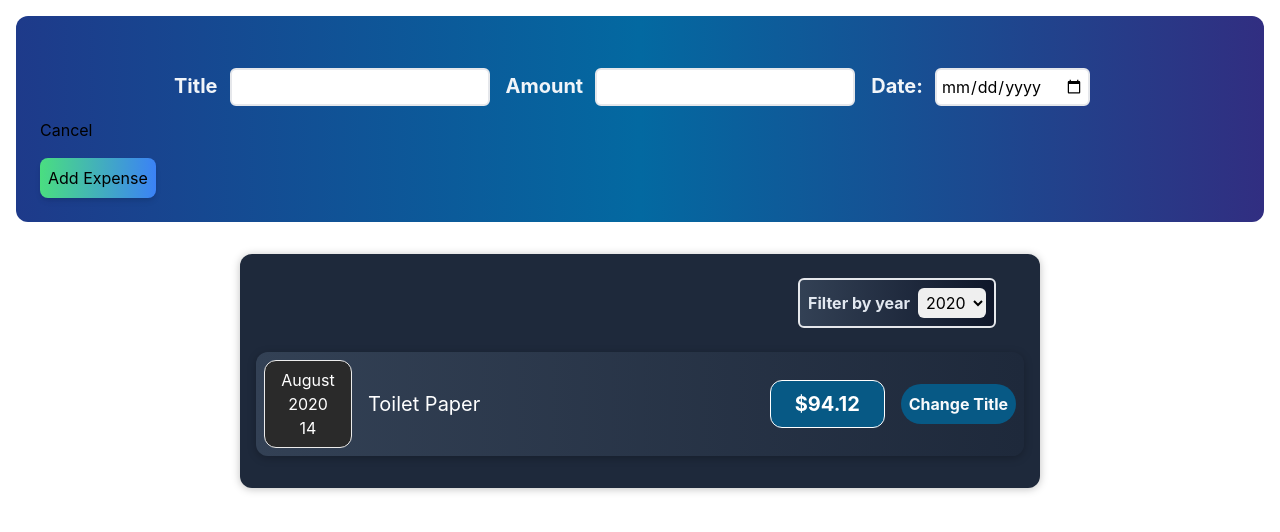
Repository: Sef24/expense-tracker
Page: /, after clicking the first element matching `button`
The author's editor kept a copy of each file at every save. The page is drawn from the files as they stood at one save, then again after the next save.
The browser window is 1280 px wide. The pictures show the whole page.
The project was rebuilt for these pictures with package versions that can differ from the ones it lists, and the page was loaded fresh each time. Also part of the build but not shown: src/components/NewExpense/NewExpense.css, src/components/NewExpense/ExpenseForm.css.

Above is the page before, as saved 2022-05-03 16:27:25.

After the next save:
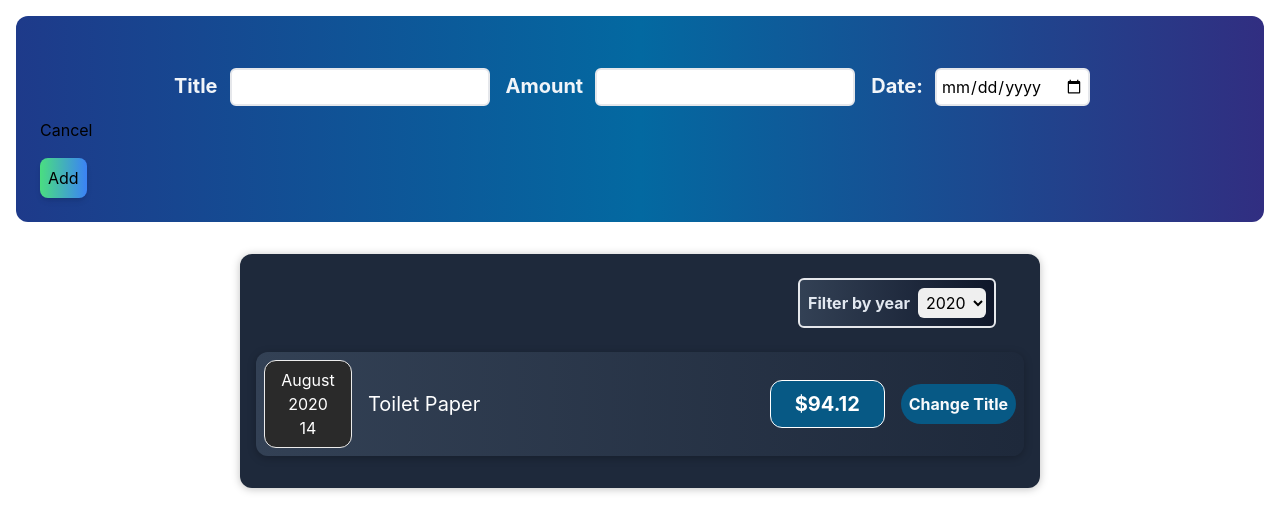
Saved 43 s later.
--- a/src/components/NewExpense/ExpenseForm.js
+++ b/src/components/NewExpense/ExpenseForm.js
@@ -79,7 +79,7 @@ function ExpenseForm(props) {
           hover:from-pink-500 hover:to-yellow-500 ...
           active:opacity-75"
         >
-          Add Expense
+          Add
         </button>
       </div>
     </form>
